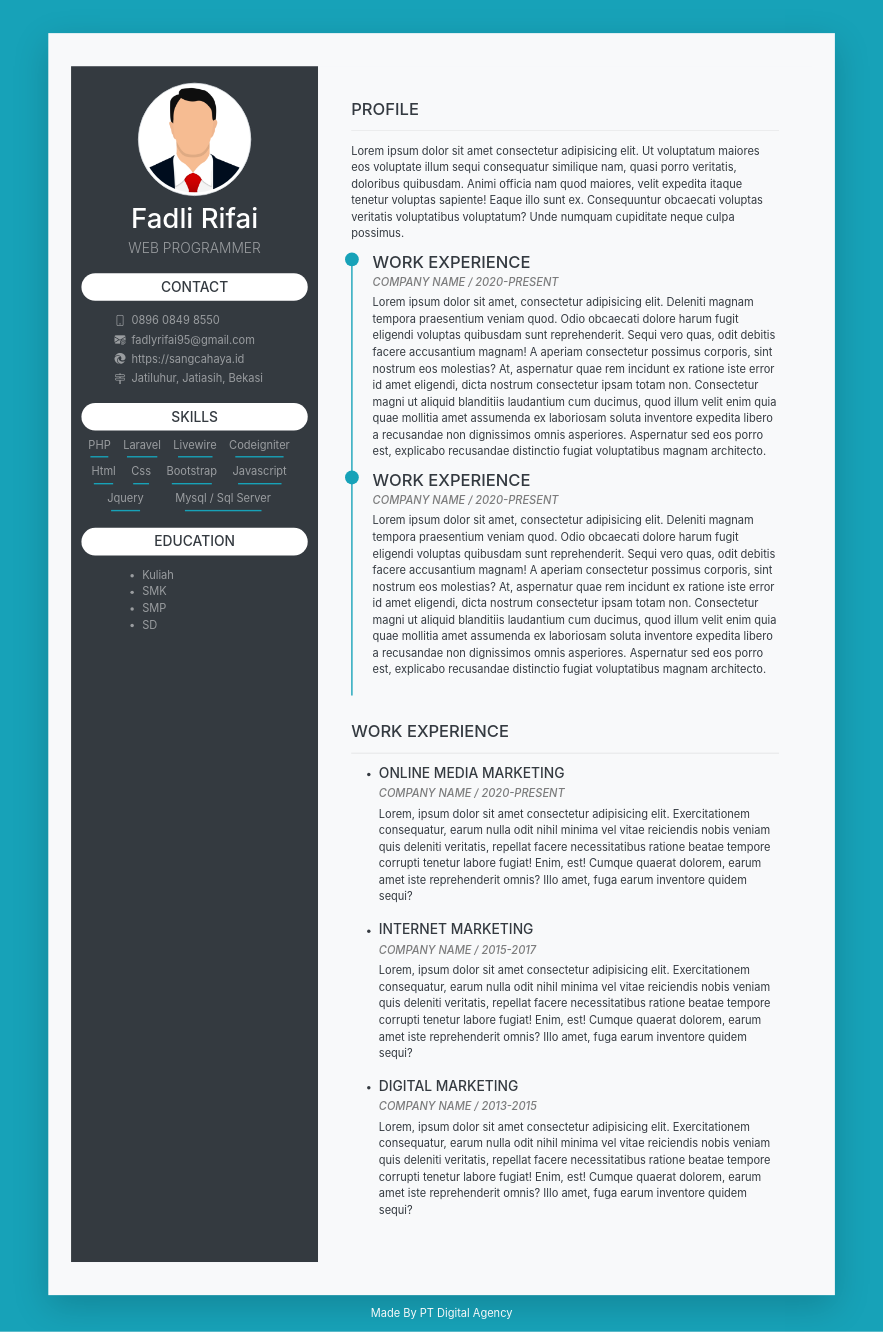
Repository: fadlyyy/fadlyyy.github.io
Page: index.html
An editor plug-in stored every save of this project. The page is shown before and after the next save, followed by the edit.
The browser window is 1280 px wide. The pictures show the whole page, at 69% of full size.

Above is the page before, as saved 2024-01-31 08:43:06.

After the next save:
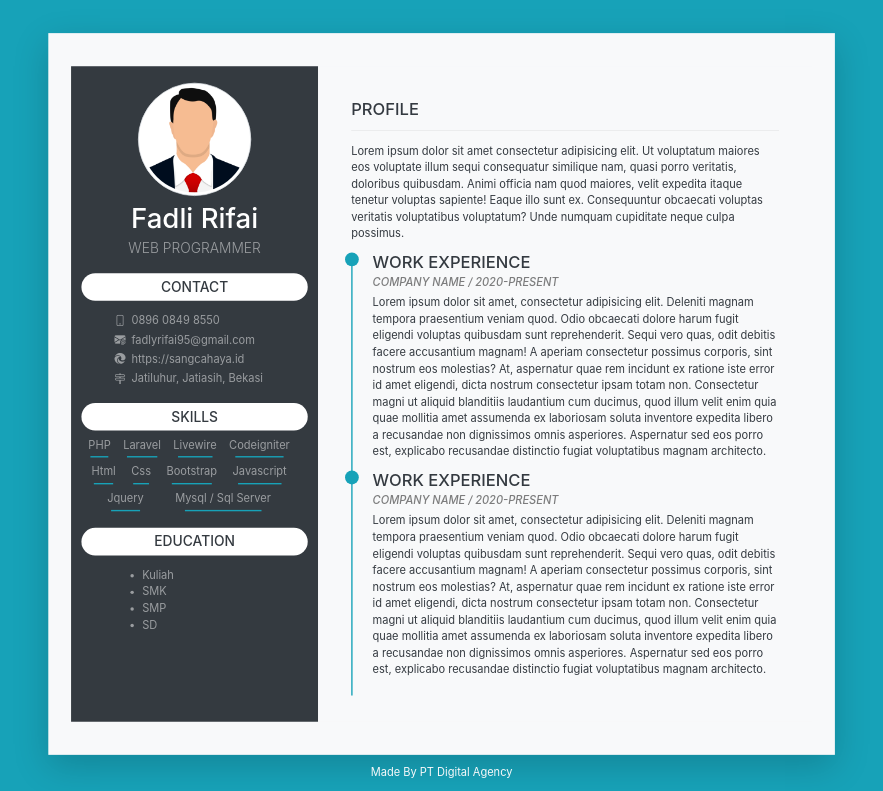
Saved 2 min 56 s later.
--- a/index.html
+++ b/index.html
@@ -127,43 +127,6 @@
                                    architecto.</p>
                          </div>
                     </div>
-
-                    <div class="mt-5">
-                         <h4 class="text-uppercase">work experience</h4>
-                         <hr>
-
-                         <ul class="list">
-                              <li class="list-item">
-                                   <h5 class="display-6 text-uppercase">online media marketing</h5>
-                                   <h6 class="text-uppercase text-black-50 font-italic">company name / 2020-present</h6>
-                                   <p>Lorem, ipsum dolor sit amet consectetur adipisicing elit. Exercitationem
-                                        consequatur, earum nulla odit nihil minima vel vitae reiciendis nobis veniam
-                                        quis deleniti veritatis, repellat facere necessitatibus ratione beatae tempore
-                                        corrupti tenetur labore fugiat! Enim, est! Cumque quaerat dolorem, earum amet
-                                        iste reprehenderit omnis? Illo amet, fuga earum inventore quidem sequi?</p>
-                              </li>
-
-                              <li class="list-item mt-4">
-                                   <h5 class="display-6 text-uppercase">internet marketing</h5>
-                                   <h6 class="text-uppercase text-black-50 font-italic">company name / 2015-2017</h6>
-                                   <p>Lorem, ipsum dolor sit amet consectetur adipisicing elit. Exercitationem
-                                        consequatur, earum nulla odit nihil minima vel vitae reiciendis nobis veniam
-                                        quis deleniti veritatis, repellat facere necessitatibus ratione beatae tempore
-                                        corrupti tenetur labore fugiat! Enim, est! Cumque quaerat dolorem, earum amet
-                                        iste reprehenderit omnis? Illo amet, fuga earum inventore quidem sequi?</p>
-                              </li>
-
-                              <li class="list-item mt-4">
-                                   <h5 class="display-6 text-uppercase">digital marketing</h5>
-                                   <h6 class="text-uppercase text-black-50 font-italic">company name / 2013-2015</h6>
-                                   <p>Lorem, ipsum dolor sit amet consectetur adipisicing elit. Exercitationem
-                                        consequatur, earum nulla odit nihil minima vel vitae reiciendis nobis veniam
-                                        quis deleniti veritatis, repellat facere necessitatibus ratione beatae tempore
-                                        corrupti tenetur labore fugiat! Enim, est! Cumque quaerat dolorem, earum amet
-                                        iste reprehenderit omnis? Illo amet, fuga earum inventore quidem sequi?</p>
-                              </li>
-                         </ul>
-                    </div>
                </div>
           </div>
      </div>
